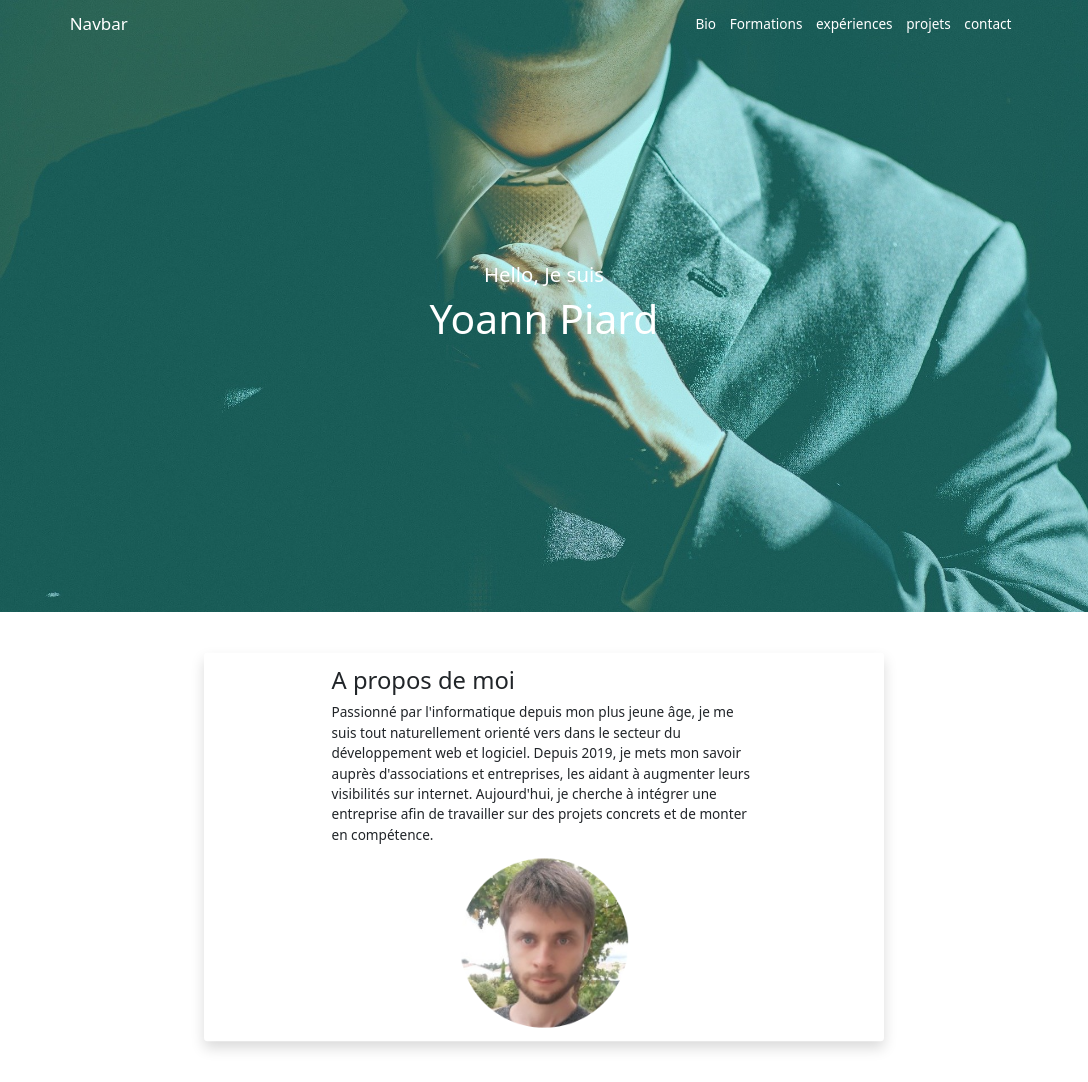
Repository: ypiard85/port-folio-bootstrap-yoann-2021
Page: index.html
The author's editor kept a copy of each file at every save. The page is drawn from the files as they stood at one save, then again after the next save.
The browser window is 1280 px wide. The pictures show the whole page, at 85% of full size.

Above is the page before, as saved 2021-03-09 14:15:13.

### index.html
<!DOCTYPE html>
<html lang="en">
<head>
    <meta charset="UTF-8">
    <meta http-equiv="X-UA-Compatible" content="IE=edge">
    <meta name="viewport" content="width=device-width, initial-scale=1.0">
    <!-- CSS only -->
    <link rel="stylesheet" href="./resource/style.css">
<link href="https://cdn.jsdelivr.net/npm/bootstrap@5.0.0-beta2/dist/css/bootstrap.min.css" rel="stylesheet" integrity="sha384-BmbxuPwQa2lc/FVzBcNJ7UAyJxM6wuqIj61tLrc4wSX0szH/Ev+nYRRuWlolflfl" crossorigin="anonymous">
    <title>Document</title>
</head>
<body>

        <nav class="navbar position-fixed w-100 navbar-expand-lg navbar-light">
            <div class="container">
              <a class="navbar-brand" href="#">Navbar</a>
              <button class="navbar-toggler" type="button" data-bs-toggle="collapse" data-bs-target="#navbarNav" aria-controls="navbarNav" aria-expanded="false" aria-label="Toggle navigation">
                <span class="navbar-toggler-icon"></span>
              </button>
              <div class="collapse navbar-collapse" id="navbarNav">
                <ul class="navbar-nav">
                  <li class="nav-item">
                    <a class="nav-link active" aria-current="page" href="#bio">Bio</a>
                  </li>
                  <li class="nav-item">
                    <a class="nav-link" href="#formation">Formations</a>
                  </li>
                  <li class="nav-item">
                    <a class="nav-link" href="#experience">expériences</a>
                  </li>
                  <li class="nav-item">
                    <a class="nav-link" href="#projet">projets</a>
                  </li>
                  <li class="nav-item">
                    <a class="nav-link" href="#contact">contact</a>
                  </li>
                </ul>
              </div>
            </div>
          </nav>

          <header class="container-fluid flex-column
          d-flex align-items-center justify-content-center">
              <h4>Hello, Je suis</h4>
              <h1>Yoann Piard</h1>
          </header>

          <section class="about_me container mt-5 mb-5">
                <div class=" pt-3 pb-3 about_card shadow rounded flex-wrap justify-content-center align-items-center align-content-center d-flex">
                    <div class="about_presentation mx-5">
                        <h3>A propos de moi</h3>
                        <p>Passionné par l'informatique depuis mon plus jeune âge, je me suis tout naturellement orienté vers dans le secteur du développement web et logiciel. Depuis 2019, je mets mon savoir auprès d'associations et entreprises, les aidant à augmenter leurs visibilités sur internet. Aujourd'hui, je cherche à intégrer une entreprise afin de travailler sur des projets concrets et de monter en compétence.</p>
                    </div>
                    <div class="px-5">
                        <img  src="./resource/image/yoann_piard.png" alt="">
                    </div>
                </div>
          </section>

<!-- JavaScript Bundle with Popper -->
<script src="https://cdn.jsdelivr.net/npm/bootstrap@5.0.0-beta2/dist/js/bootstrap.bundle.min.js" integrity="sha384-b5kHyXgcpbZJO/tY9Ul7kGkf1S0CWuKcCD38l8YkeH8z8QjE0GmW1gYU5S9FOnJ0" crossorigin="anonymous"></script>
<script src="https://unpkg.com/scrollreveal"></script>
<script src="./resource/app.js"></script>
</body>
</html>

### resource/style.css
.navbar-collapse{
    flex-grow: 0!important;
}

nav a{
    color: white!important;
}

header{
    height: 100vh;
    background: gray;
    background-image: linear-gradient(90deg, rgba(0,231,249,0.2780462526807598) 100%, rgba(0,4,24,0.4405112386751575) 74%), url('./image/about-section.jpg');
    background-repeat: no-repeat;
    background-size: cover;
    background-position: top center;
    color: white;
}

header h1{
    font-weight: normal;
    font-size: 3em;
}

.about_card{
    margin: auto;
    width: 800px;
    max-width: 100%;
    margin-top: 0px;
}

.about_presentation{
    width: 500px;
    max-width: 100%;
}

### resource/app.js
ScrollReveal().reveal('.about_me', {
    delay: 250,
    duration: 1000,
    reset: true,
    origin: 'bottom',
    distance: '20%'
});

After the next save:
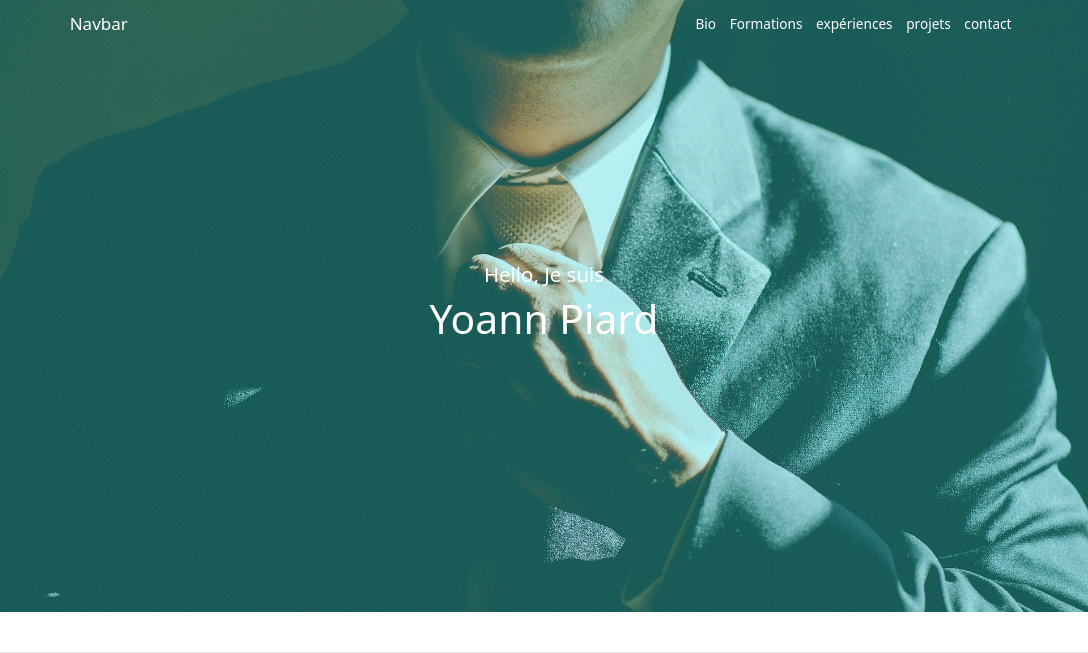
Saved 22 s later.
--- a/index.html
+++ b/index.html
@@ -46,15 +46,7 @@
           </header>
 
           <section class="about_me container mt-5 mb-5">
-                <div class=" pt-3 pb-3 about_card shadow rounded flex-wrap justify-content-center align-items-center align-content-center d-flex">
-                    <div class="about_presentation mx-5">
-                        <h3>A propos de moi</h3>
-                        <p>Passionné par l'informatique depuis mon plus jeune âge, je me suis tout naturellement orienté vers dans le secteur du développement web et logiciel. Depuis 2019, je mets mon savoir auprès d'associations et entreprises, les aidant à augmenter leurs visibilités sur internet. Aujourd'hui, je cherche à intégrer une entreprise afin de travailler sur des projets concrets et de monter en compétence.</p>
-                    </div>
-                    <div class="px-5">
-                        <img  src="./resource/image/yoann_piard.png" alt="">
-                    </div>
-                </div>
+
           </section>
 
 <!-- JavaScript Bundle with Popper -->
